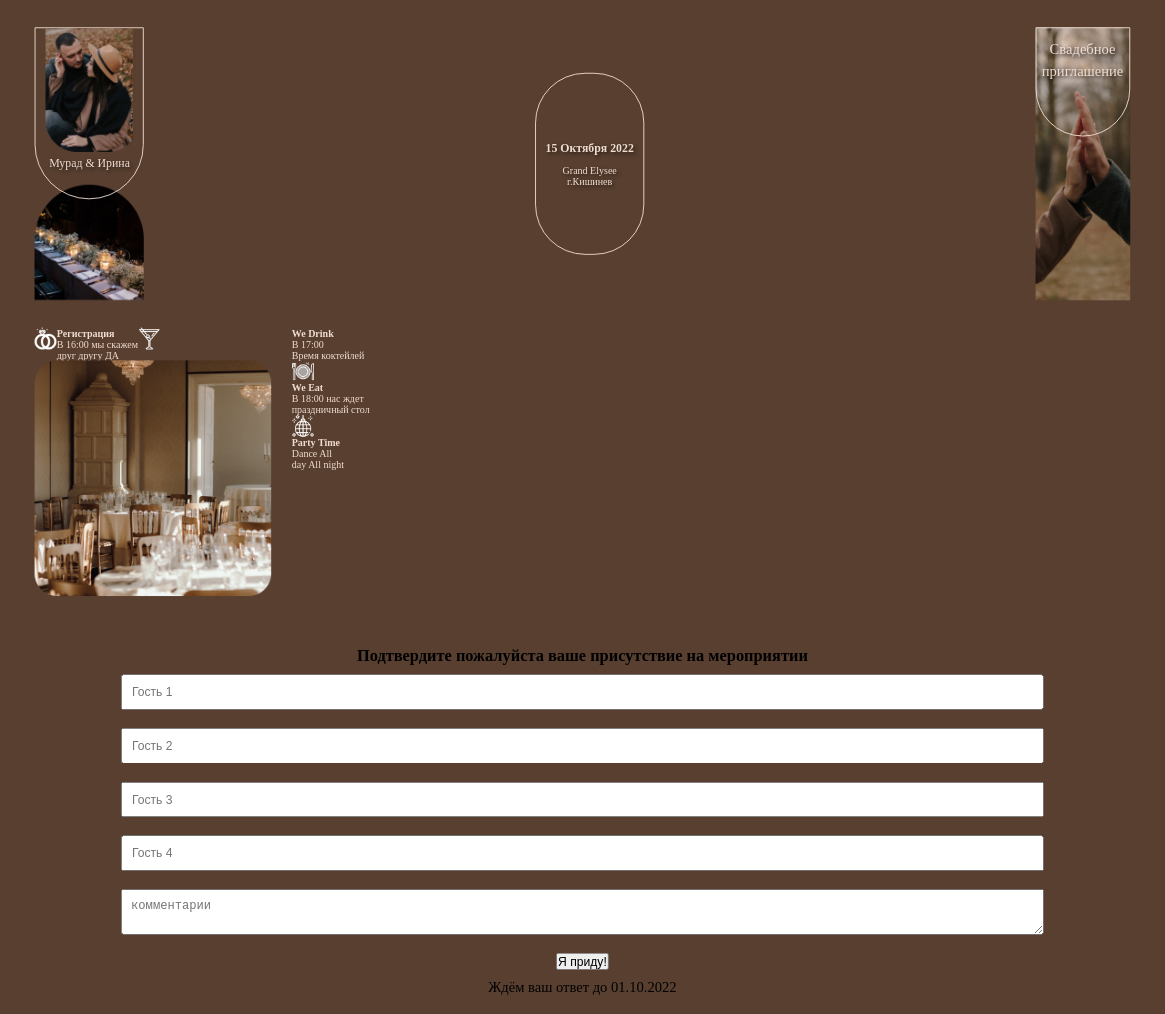
Repository: Anthony8845/wedding_invitation
Page: index.html
These files come from the project's save history. The page is drawn as it stood at one moment and after the next save; the edit follows.
The browser window is 1280 px wide. The pictures show the whole page, at 91% of full size.

Above is the page before, as saved 2022-07-29 18:37:27.

After the next save:
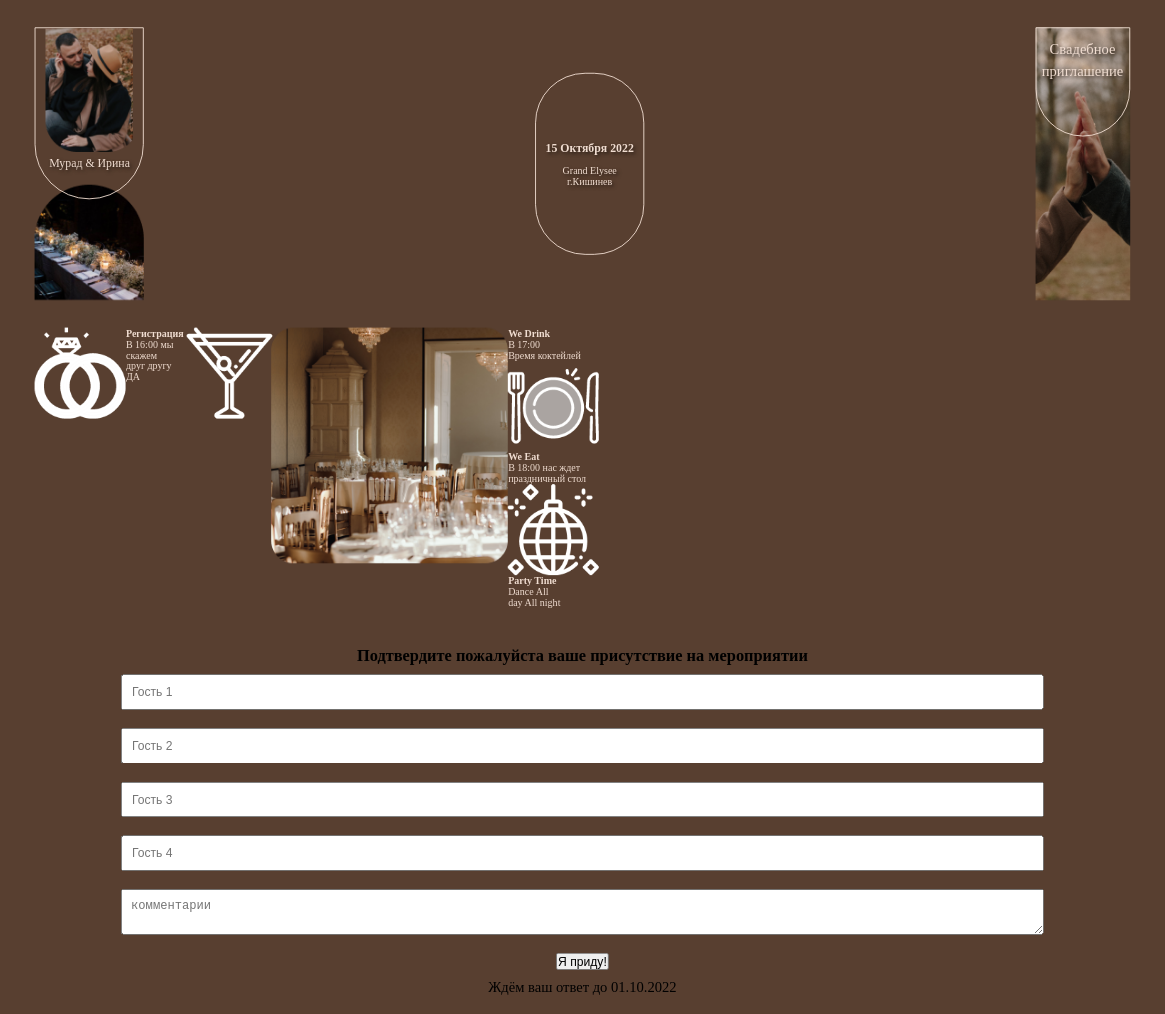
Saved 24 s later.
--- a/style.css
+++ b/style.css
@@ -97,7 +97,7 @@
 }
 
 .icon {
-    align-items: center;
+    padding: 50px;
     width: 24px;
     height: 24px;
 }

After the save that followed:
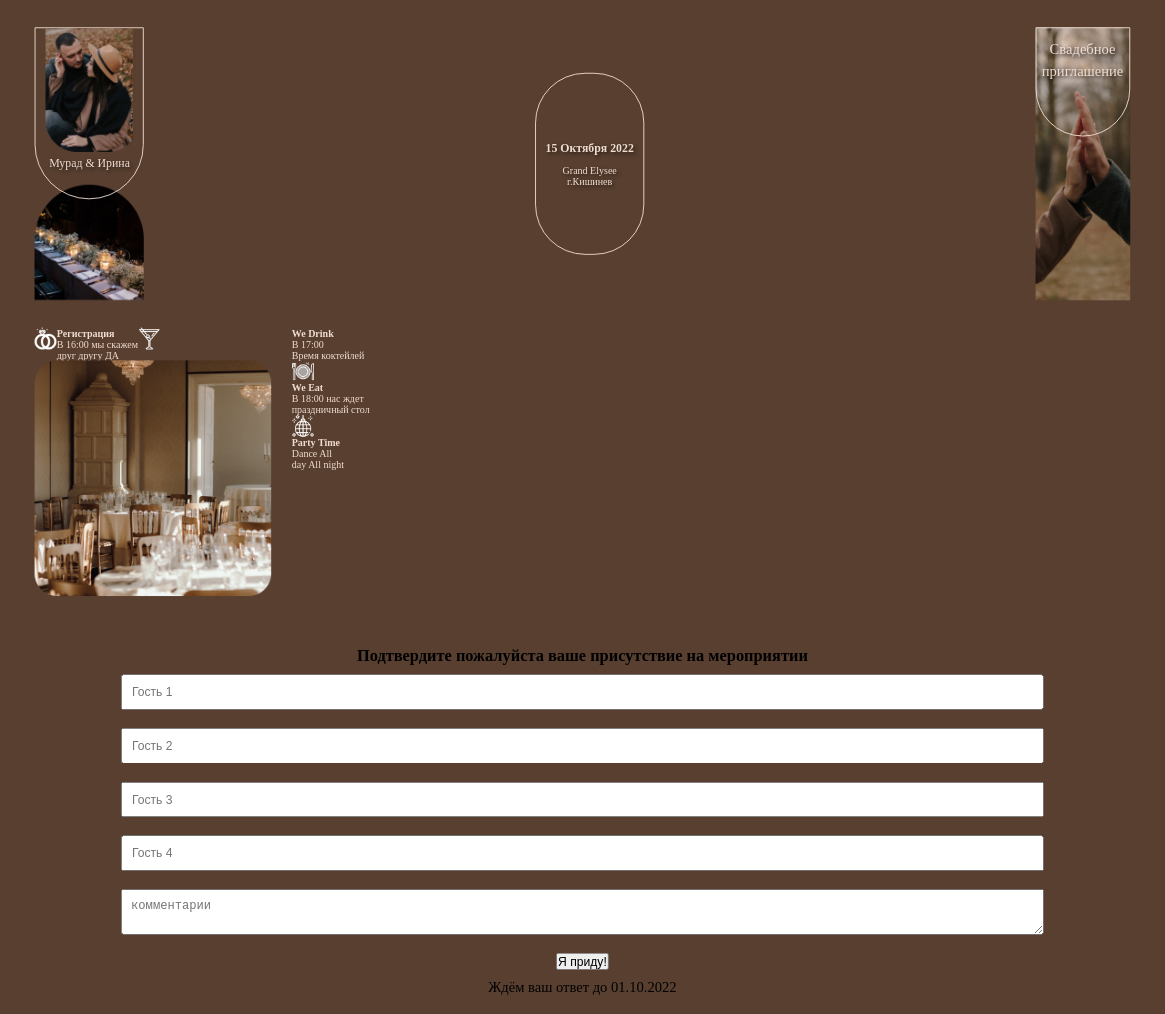
Saved 20 s later.
--- a/style.css
+++ b/style.css
@@ -97,7 +97,6 @@
 }
 
 .icon {
-    padding: 50px;
     width: 24px;
     height: 24px;
 }
